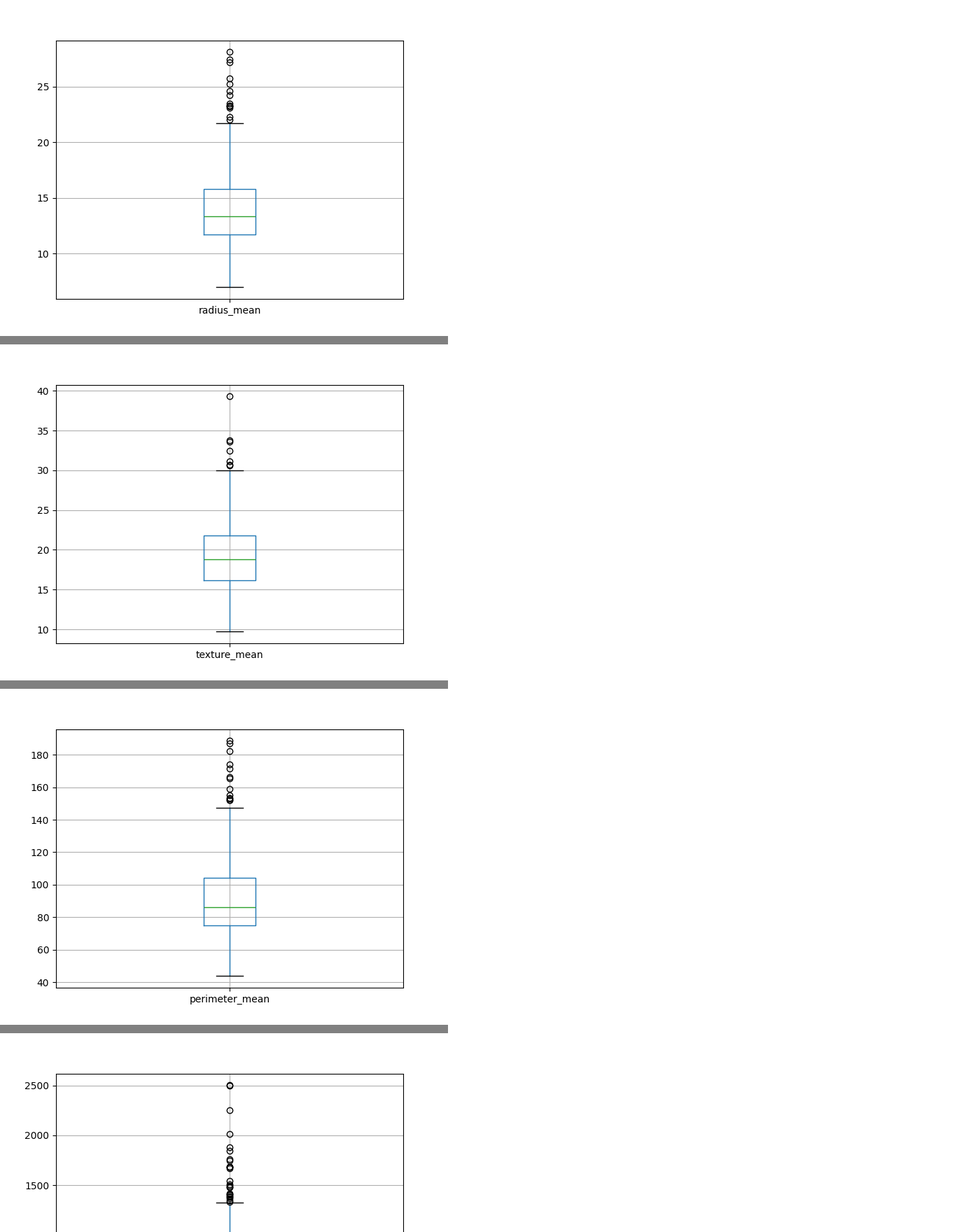
Repository: aminase/biopython
Script's output: python dataVisualization.py
An editor plug-in stored every save of this project. The script's output is shown before and after a run of saves, followed by the edit.
The pictures show rows 0 to 1760 of an output 3924 px tall, at 70% of full size.
Each picture stacks the figures in order, with grey between them; figures that are only written to a file come last. The script is stopped after its 8th figure. Figures wider than 1,400 px are first shrunk to that width. Random numbers start from a fixed seed.

Above is the script's output before, as saved 2023-05-22 15:09:27.

After the next 3 saves:
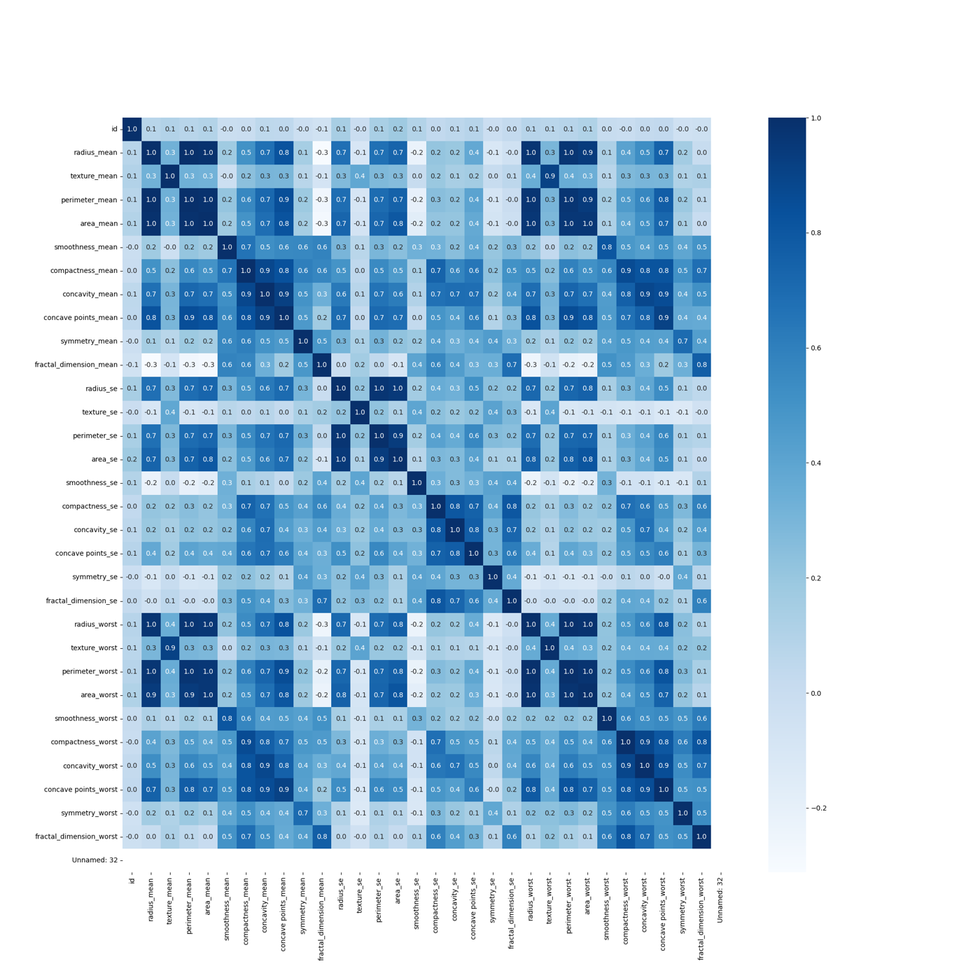
The 3 saves are shown as one change because 2 did not build or start.
The last was saved 8 min 13 s later.
--- a/dataVisualization.py
+++ b/dataVisualization.py
@@ -27,11 +27,22 @@ plt.show()'''
 # mainInfo = breast_cancer_data.describe()     # info on count, mean, median(50%), std, min, max throughout columns
 # print(mainInfo)
 
-describe = breast_cancer_data.drop(columns='id', axis=1, inplace=True)
+'''describe = breast_cancer_data.drop(columns='id', axis=1, inplace=True)
 describe = breast_cancer_data.drop(columns='diagnosis', axis=1, inplace=True)
 
 print(describe)
 
 for column in breast_cancer_data:
     plt.show()
-    breast_cancer_data.boxplot([column])
+    breast_cancer_data.boxplot([column]) '''
+
+
+# correlation matrix to check relations between different variables in our data set
+
+describe = breast_cancer_data.drop(columns='diagnosis', axis=1, inplace=True)
+
+print(describe)
+correlation_matrix = breast_cancer_data.corr()
+plt.figure(figsize=(20, 20))
+sns.heatmap(correlation_matrix, cbar=True, fmt= '.1f', annot= True, cmap= 'Blues')
+plt.savefig("Correlation heat map")
